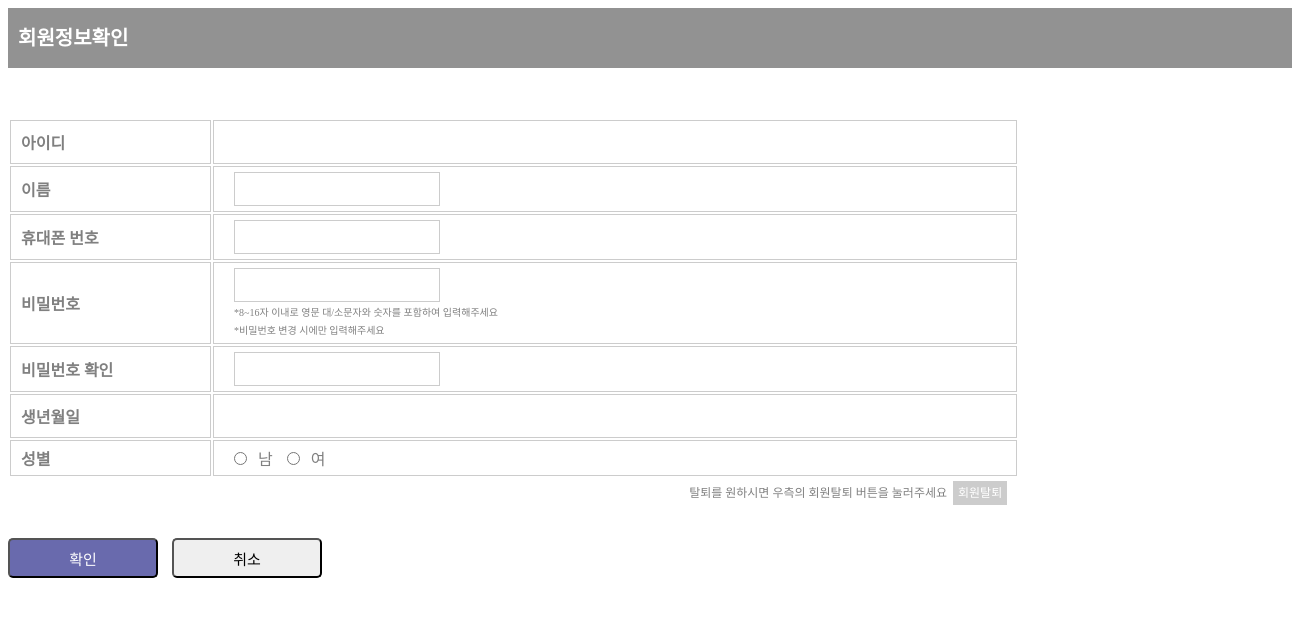
Repository: euzny/Spring-Website
Page: http://localhost/anafor/WEB-INF/views/my_info/info.jsp
These files come from the project's save history. The page is drawn as it stood at one moment and after the next save; the edit follows.
The browser window is 1280 px wide. The page is 1292 px wide, so the pictures cover 1292 px, including what lies to the right of the window. The pictures show the whole page.
The page is served by Tomcat 9. Nobody is signed in. The template is opened directly, without the code that normally fills it, so the values that code supplies are empty.

Above is the page before, as saved 2022-06-21 10:20:27.
Console error: ReferenceError: $ is not defined

After the next save:
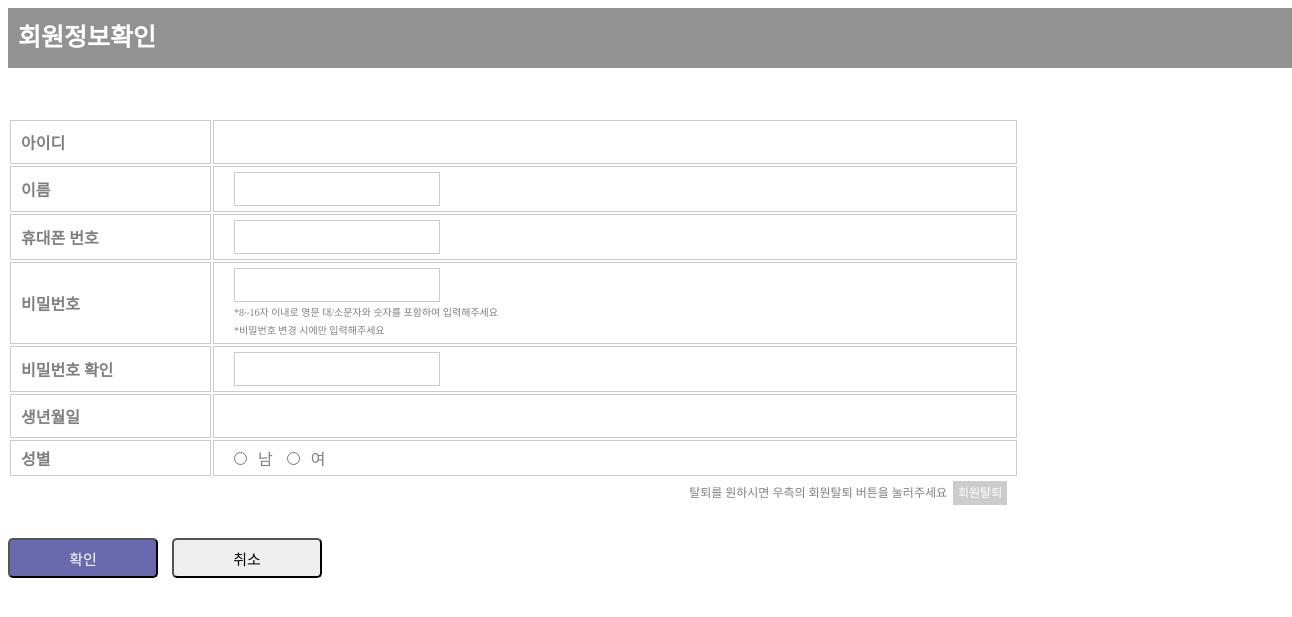
Saved 12 min 16 s later.
--- a/Workspace/anafor/src/main/webapp/WEB-INF/views/my_info/info.jsp
+++ b/Workspace/anafor/src/main/webapp/WEB-INF/views/my_info/info.jsp
@@ -8,7 +8,7 @@
 <title>Insert title here</title>
 <script type="text/javascript" src="js/join-check.js"></script>
 <style>
-	#titlename{ width:100%; background:#929292; height:60px; text-align:left; font-size:20px; font-weight:700; line-height:60px; padding: 0px 10px; color:#FFFFFF; }
+	#titlename{ width:100%; background:#929292; height:60px; text-align:left; font-size:25px; font-weight:700; line-height:60px; padding: 0px 10px; color:#FFFFFF; }
 	table { width: 80%;  }
 	table th{width:20%;}
 	table td{width:80%;}
